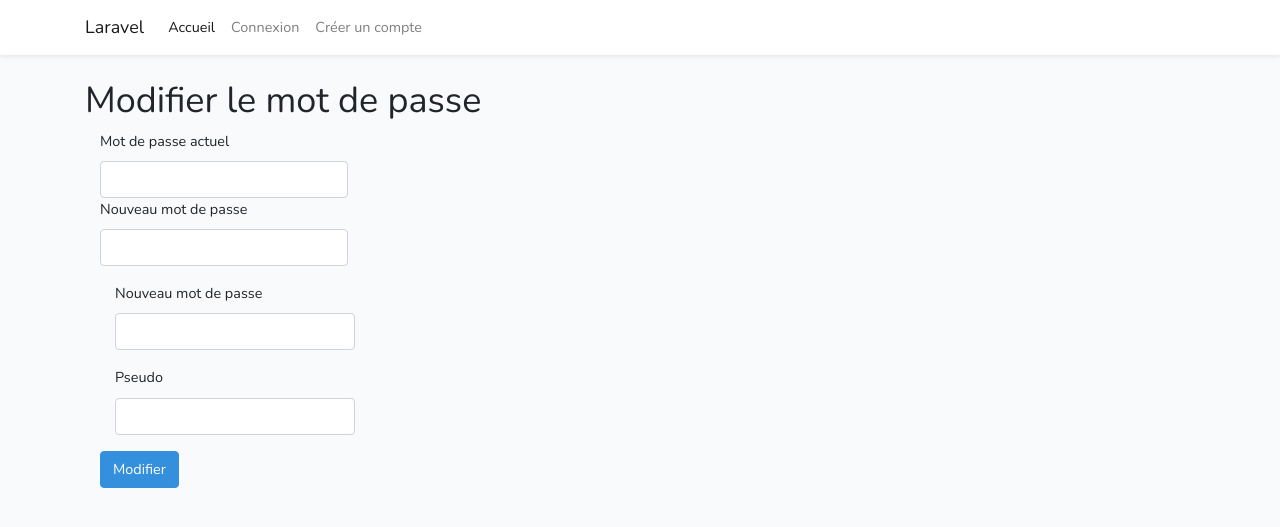
Repository: ypiard85/laravel-social-app
Page: resources/views/user/passwordedit.blade.php
These files come from the project's save history. The page is drawn as it stood at one moment and after a run of saves; the edit follows.
The browser window is 1280 px wide. The pictures show the whole page.
The page is served by the project's Laravel application, run on PHP 8.4 with Laravel 8. The template is opened directly, without the code that normally fills it, so the values that code supplies are empty.

Above is the page before, as saved 2021-06-28 15:18:17.

After the next 3 saves:
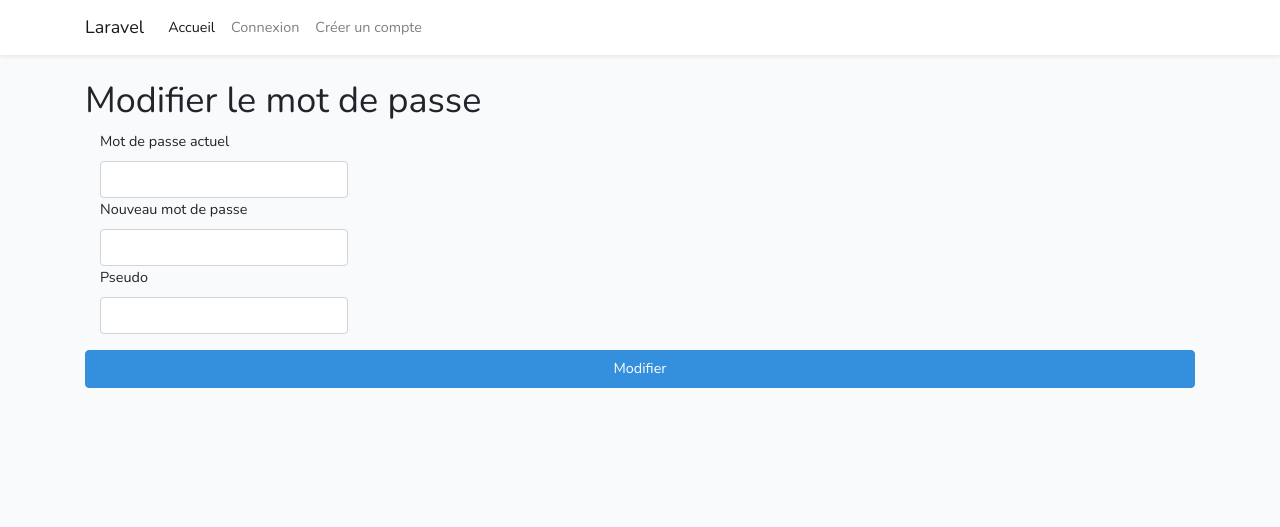
The 3 saves are shown as one change because they came seconds apart.
The last was saved 12 s later.
--- a/resources/views/user/passwordedit.blade.php
+++ b/resources/views/user/passwordedit.blade.php
@@ -14,13 +14,6 @@
                         <input class="form-control" type="password" name="password_actual" >
                         <label for="nom">Nouveau mot de passe</label>
                         <input class="form-control" type="password" name="password" >
-                    </div>
-                </div>
-                    <div class="col-md-3 mb-3">
-                        <label for="nom">Nouveau mot de passe</label>
-                        <input class="form-control" type="password" name="password" >
-                    </div>
-                    <div class="col-md-3 mb-3">
                         <label for="pseudo">Pseudo</label>
                         <input class="form-control" type="text" name="password_confirm">
                     </div>
